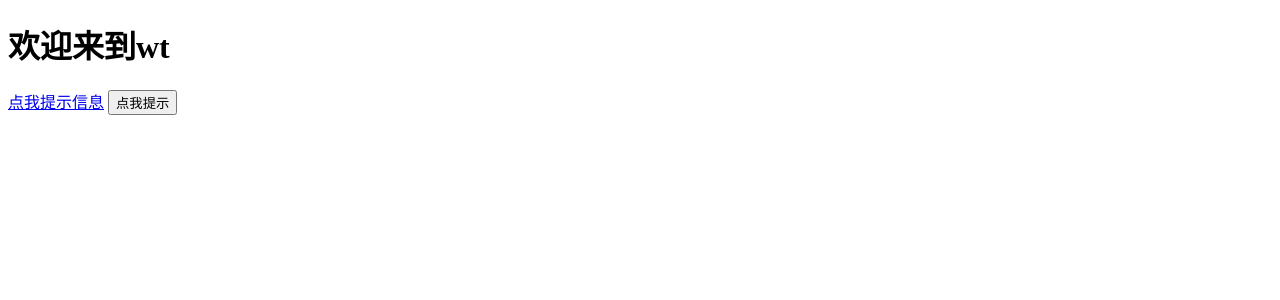
Repository: reggiepy/vueLeaning
Page: 07 事件处理/2 事件修饰符.html
An editor plug-in stored every save of this project. The page is shown before and after the next save, followed by the edit.
The browser window is 1280 px wide. The pictures show the whole page.

Above is the page before, as saved 2021-12-05 18:26:49.

After the next save:
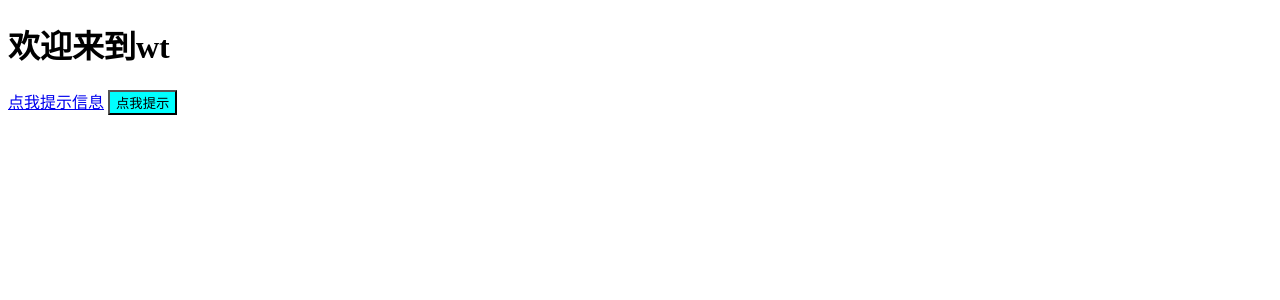
Saved 60 s later.
--- a/07 事件处理/2 事件修饰符.html
+++ b/07 事件处理/2 事件修饰符.html
@@ -6,12 +6,18 @@
     <meta name="viewport" content="width=device-width, initial-scale=1.0">
     <title>事件修饰符</title>
     <script type="text/javascript" src="../js/vue.js"></script>
+    <style>
+        .demon1{
+            height: 50;
+            background-color: aqua;
+        }
+    </style>
 </head>
 <body>
     <div id="root">
         <h1>欢迎来到{{name}}</h1>
         <a href="https://www.baidu.com" @click.prevent="showInfo">点我提示信息</a>
-        <button @click="showInfo">点我提示</button>
+        <button @click="showInfo" class="demon1">点我提示</button>
     </div>
 </body>
 <script>
